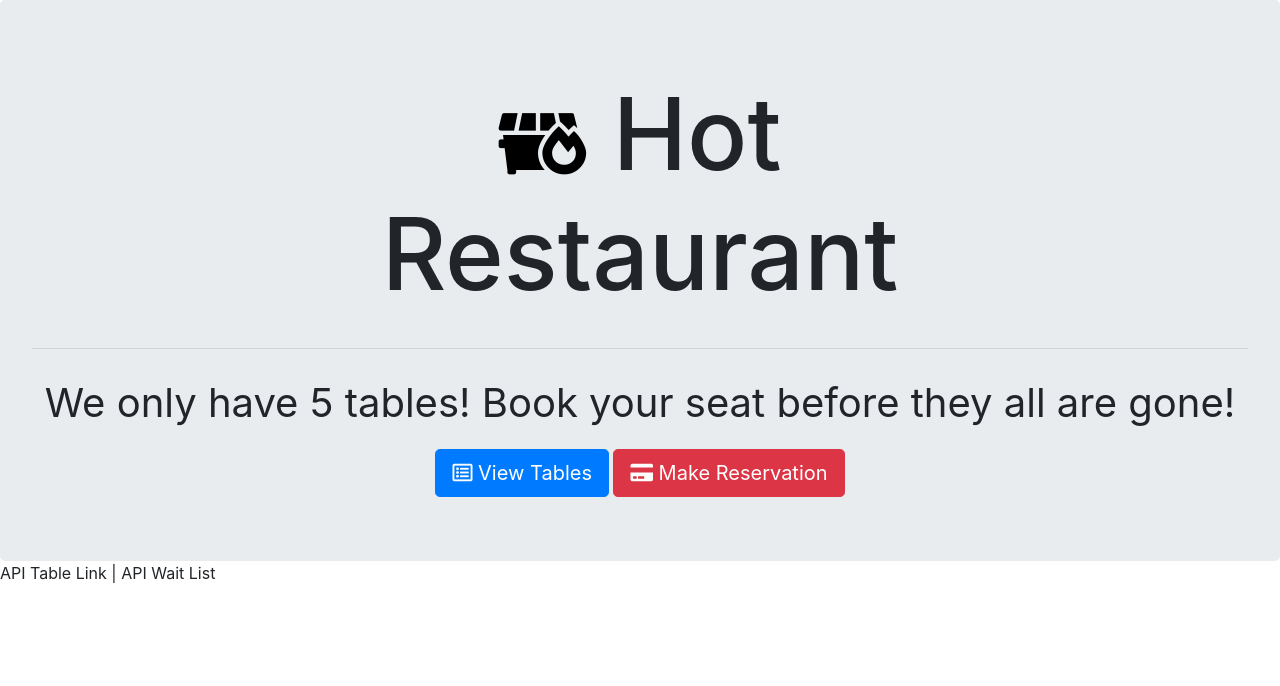
Repository: lcbordelon/Restaurant_Mini_App
Page: home.html
These files come from the project's save history. The page is drawn as it stood at one moment and after the next save; the edit follows.
The browser window is 1280 px wide. The pictures show the whole page.
Some web libraries are served in a nearby version.

Above is the page before, as saved 2020-12-05 11:52:39.

### home.html
<!DOCTYPE html>
<html lang="en">
  <head>
    <meta charset="UTF-8" />
    <meta name="viewport" content="width=device-width, initial-scale=1.0" />
    <title>Document</title>
    <!-- Bootstrap link -->
    <link rel="stylesheet" href="styles.css" />
    <link
      rel="stylesheet"
      href="https://use.fontawesome.com/releases/v5.8.1/css/all.css"
      integrity="sha384-50oBUHEmvpQ+1lW4y57PTFmhCaXp0ML5d60M1M7uH2+nqUivzIebhndOJK28anvf"
      crossorigin="anonymous"
    />
    <link
      rel="stylesheet"
      href="https://cdn.jsdelivr.net/npm/bootstrap@4.5.3/dist/css/bootstrap.min.css"
      integrity="sha384-TX8t27EcRE3e/ihU7zmQxVncDAy5uIKz4rEkgIXeMed4M0jlfIDPvg6uqKI2xXr2"
      crossorigin="anonymous"
    />
  </head>
  <body>
    <div class="jumbotron" id="jumbo-align">
      <h1 id="hotRes" class="display-4">
        <i id="fire-icon" class="fas fa-dumpster-fire"></i> Hot Restaurant
      </h1>
      <hr class="my-4" />
      <p id="p-text">
        We only have 5 tables! Book your seat before they all are gone!
      </p>
      <button type="button" class="btn btn-primary btn-lg">
        <i class="far fa-list-alt"></i> View Tables
      </button>
      <button type="button" class="btn btn-danger btn-lg">
        <i class="fas fa-credit-card"></i>
        Make Reservation
      </button>
    </div>
    <div>
      <p><a>API Table Link</a> | <a>API Wait List</a></p>
    </div>
  </body>
  <!-- Bootstrap JS Link -->
  <script
    src="https://code.jquery.com/jquery-3.5.1.slim.min.js"
    integrity="sha384-DfXdz2htPH0lsSSs5nCTpuj/zy4C+OGpamoFVy38MVBnE+IbbVYUew+OrCXaRkfj"
    crossorigin="anonymous"
  ></script>
  <script
    src="https://cdn.jsdelivr.net/npm/bootstrap@4.5.3/dist/js/bootstrap.bundle.min.js"
    integrity="sha384-ho+j7jyWK8fNQe+A12Hb8AhRq26LrZ/JpcUGGOn+Y7RsweNrtN/tE3MoK7ZeZDyx"
    crossorigin="anonymous"
  ></script>
</html>

### styles.css
#jumbo-align {
  margin: auto;
  text-align: center;
}

#hotRes {
  margin: auto;
  text-align: center;
  width: 50%;
  padding: 10px;
  font-weight: 500;
  font-size: 100px;
}

#fire-icon {
  color: black;
  font-size: 70px;
}

/* tables.html styling */

#tableTitle {
  text-align: center;
}

#tablesubhead {
  text-align: center;
}

#jumbo {
  margin: auto;
  text-align: center;
}

#p-text {
  font-size: 40px;
}

After the next save:
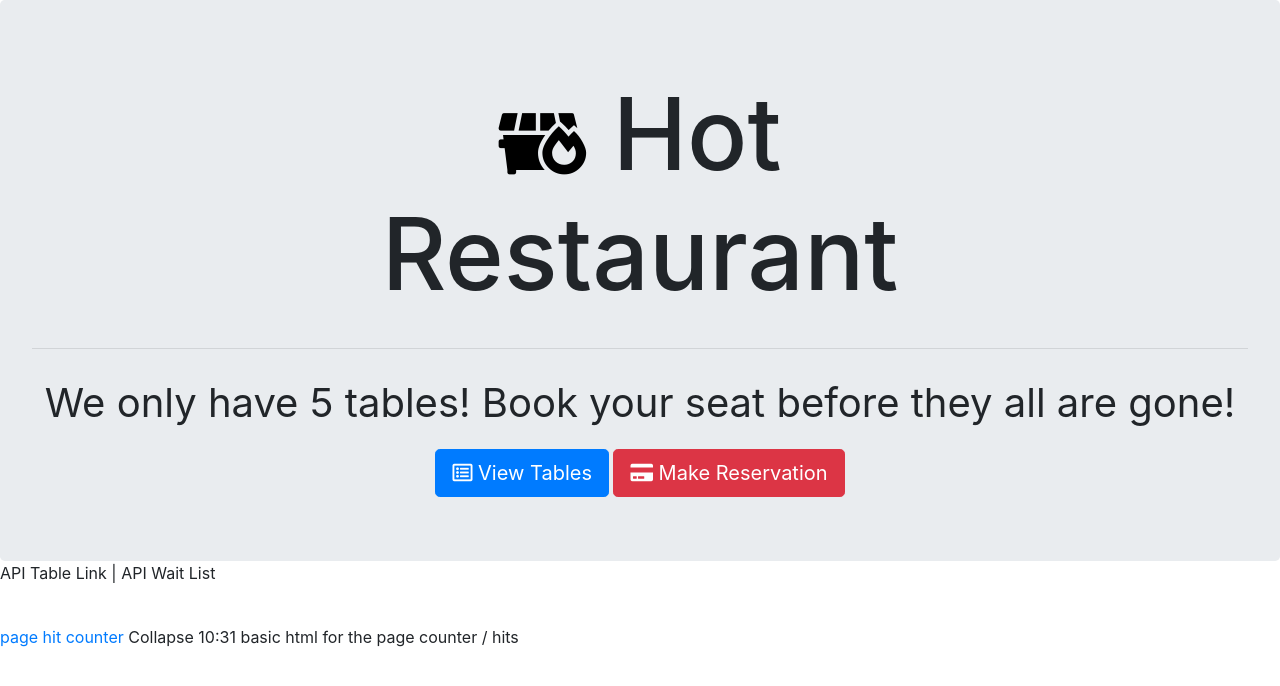
Saved 65 min 24 s later.
--- a/home.html
+++ b/home.html
@@ -51,4 +51,23 @@
     integrity="sha384-ho+j7jyWK8fNQe+A12Hb8AhRq26LrZ/JpcUGGOn+Y7RsweNrtN/tE3MoK7ZeZDyx"
     crossorigin="anonymous"
   ></script>
+  <div id="sfcrw5xs77bacfyr4jfnkxlt179d7y4lexz"></div>
+  <script type="text/javascript"
+    src="https://counter8.stat.ovh/private/counter.js?c=rw5xs77bacfyr4jfnkxlt179d7y4lexz&down=async" async></script><br>
+  <a href="https://www.freecounterstat.com">page hit counter</a><noscript><a href="https://www.freecounterstat.com"
+      title="page hit counter"><img
+        src="https://counter8.stat.ovh/private/freecounterstat.php?c=rw5xs77bacfyr4jfnkxlt179d7y4lexz" border="0"
+        title="page hit counter" alt="Test"></a></noscript>
+  Collapse
+
+
+
+
+
+
+
+
+
+  10:31
+  basic html for the page counter / hits
 </html>
